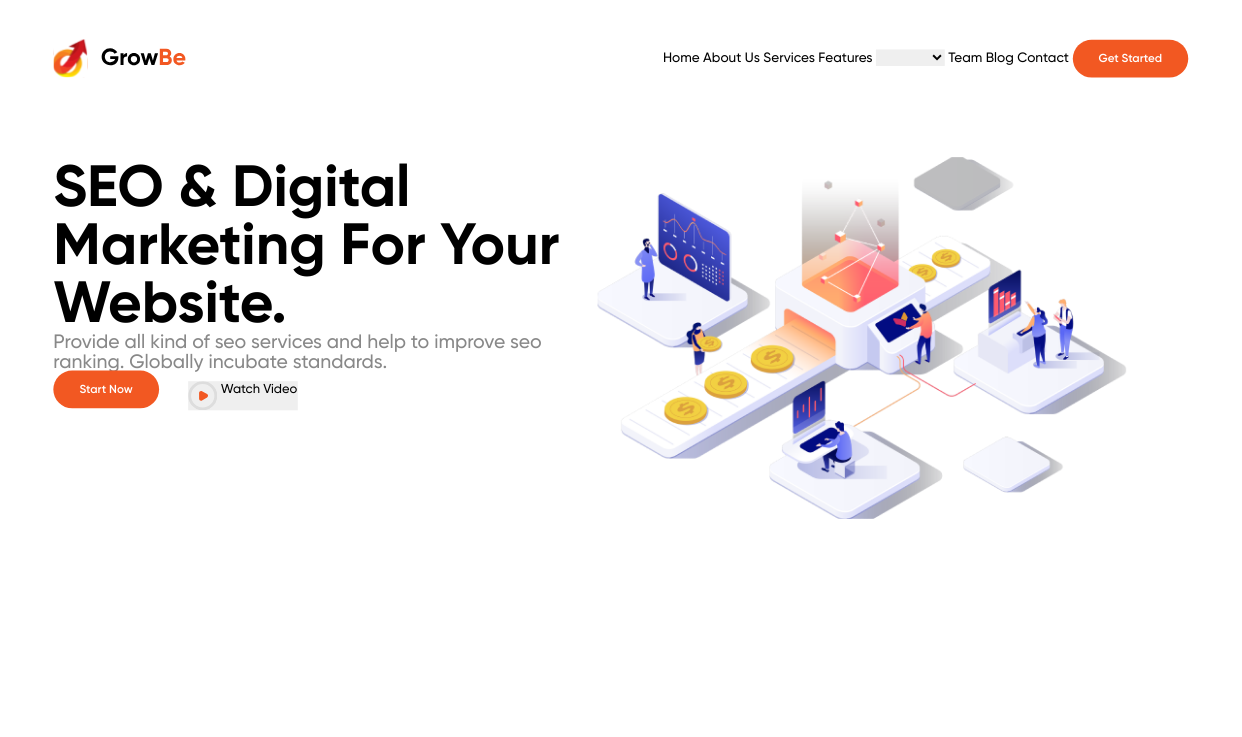
Repository: Alekseiy1980/GrowBe
Page: index.html
These files come from the project's save history. The page is drawn as it stood at one moment and after the next save; the edit follows.
The browser window is 1280 px wide. The pictures show the whole page, at 97% of full size.

Above is the page before, as saved 2024-01-20 14:08:22.

After the next save:
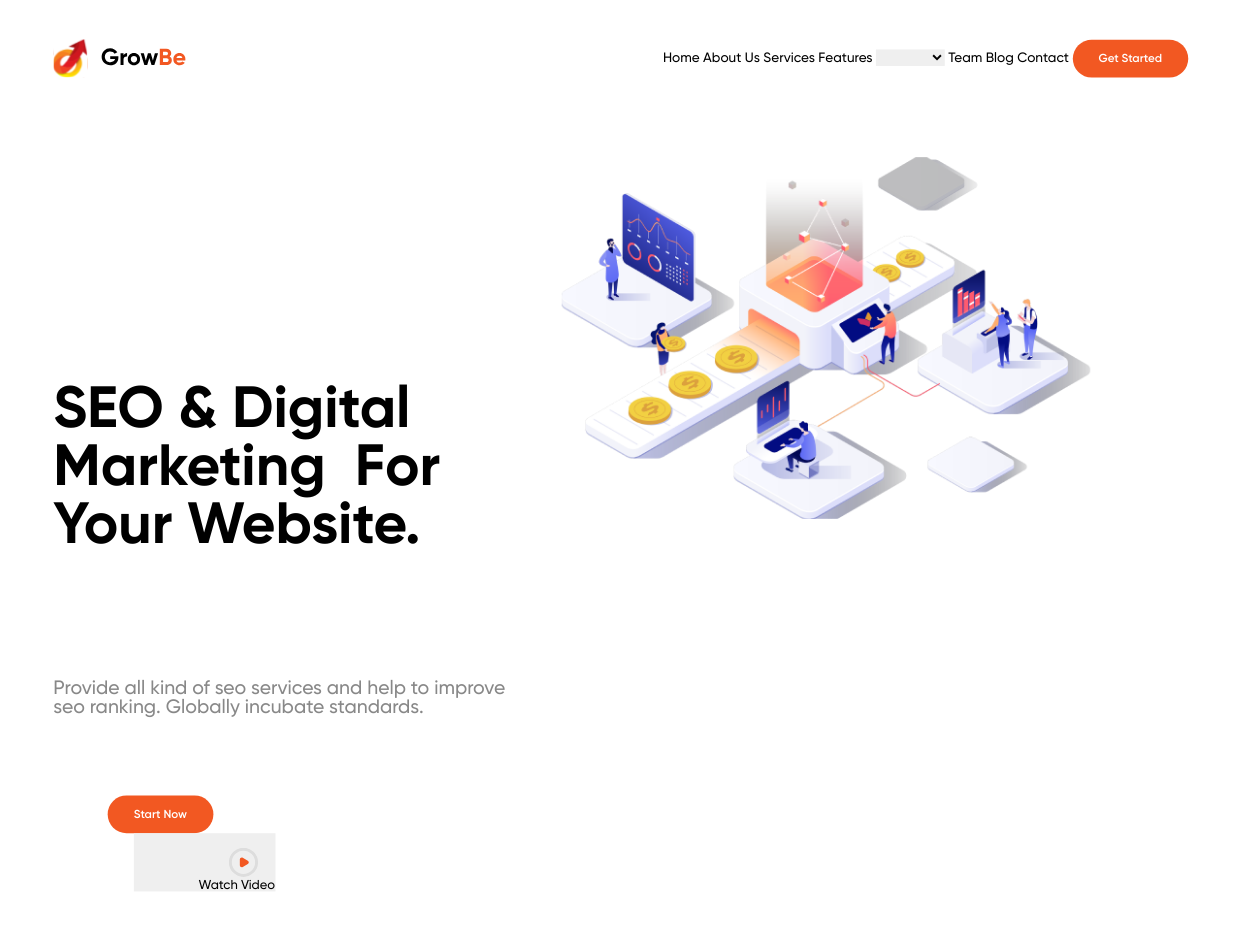
Saved 34 s later.
--- a/css/style.css
+++ b/css/style.css
@@ -74,7 +74,7 @@ header {
     display: flex;
     width: 1170px;
 
-.home_content{
+.nome_content{
     white-space: pre-wrap;
     width: 522px;
     margin-bottom: 17px;

After the save that followed:
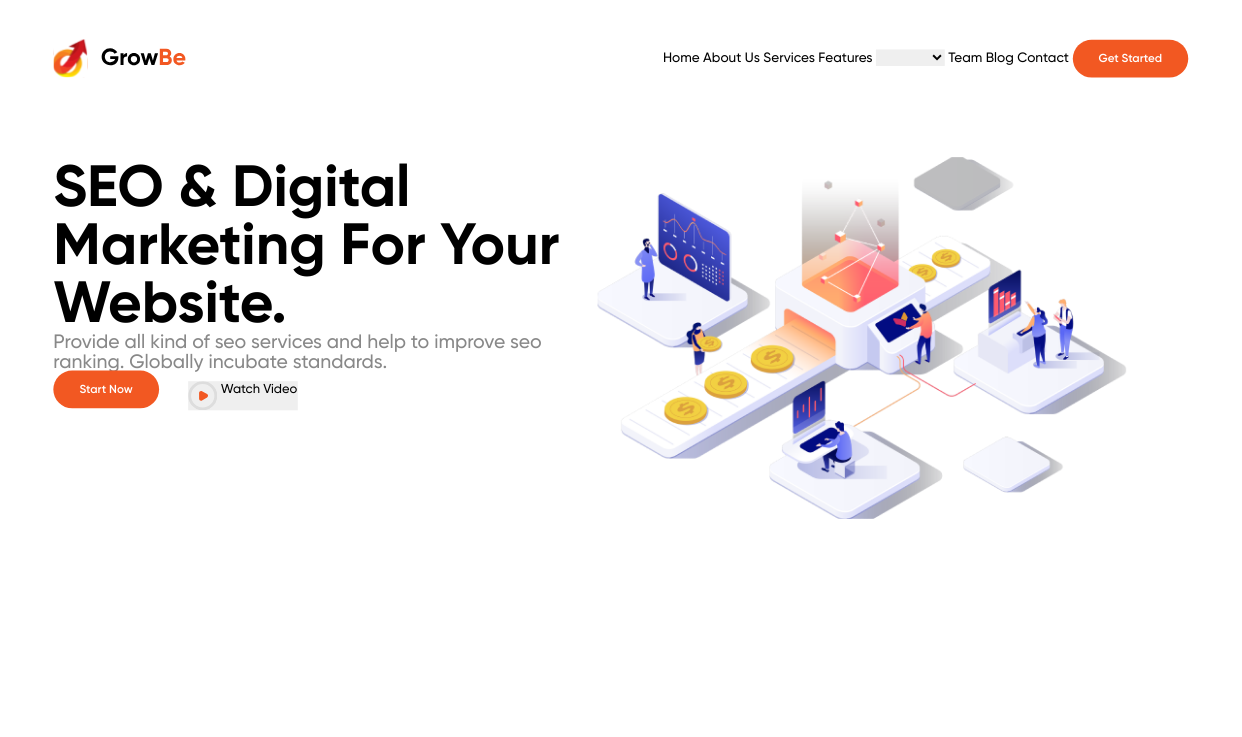
Saved 7 s later.
--- a/index.html
+++ b/index.html
@@ -40,7 +40,7 @@
 
 
         <div class="home_meta">
-            <div class="nome_content">
+            <div class="home_content">
                 <div class="home_title">
                     <h1>SEO & Digital <span>Marketing</span>  For Your Website.</>
                 </div>
